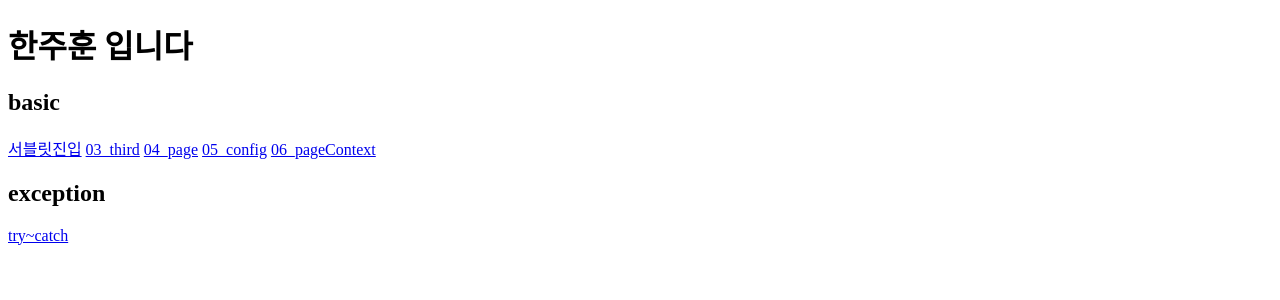
Repository: hjh5217/newJSP
Page: http://localhost/jspProj/
The author's editor kept a copy of each file at every save. The page is drawn from the files as they stood at one save, then again after the next save.
The browser window is 1280 px wide. The pictures show the whole page.
The page is served by Tomcat 9. Nobody is signed in. The application's start-up code is not run. Other server files are loaded and not shown.

Above is the page before, as saved 2023-07-26 01:18:16.

### jspProj/src/main/webapp/index.jsp
<%@ page language="java" contentType="text/html; charset=UTF-8"
    pageEncoding="UTF-8"%>
<!DOCTYPE html>
<html>
<head>
<meta charset="UTF-8">
<title>jspProj 입니다</title>
</head>
<body>
	<h1>한주훈 입니다</h1>
	<h2>basic</h2>
	<a href="basic/First">서블릿진입</a>
	<a href="basic/03_third.jsp">03_third</a>
	<a href="basic/04_page.jsp">04_page</a>
	<a href="basic/05_config.jsp">05_config</a>
	<a href="basic/06_pageContext.jsp">06_pageContext</a>
	<h2>exception</h2>
	<a href="err/aaa.jsp">try~catch</a>
</body>
</html>

After the next save:
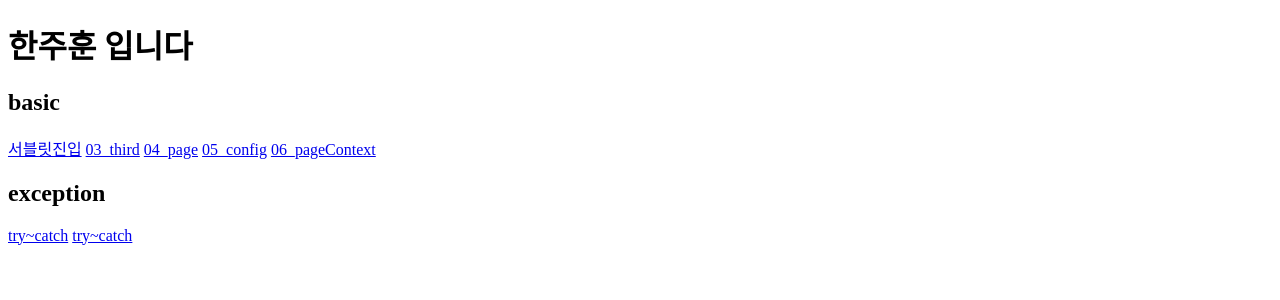
Saved 23 min 54 s later.
--- a/jspProj/src/main/webapp/index.jsp
+++ b/jspProj/src/main/webapp/index.jsp
@@ -16,5 +16,6 @@
 	<a href="basic/06_pageContext.jsp">06_pageContext</a>
 	<h2>exception</h2>
 	<a href="err/aaa.jsp">try~catch</a>
+	<a href="err/bbb.jsp">try~catch</a>
 </body>
 </html>
